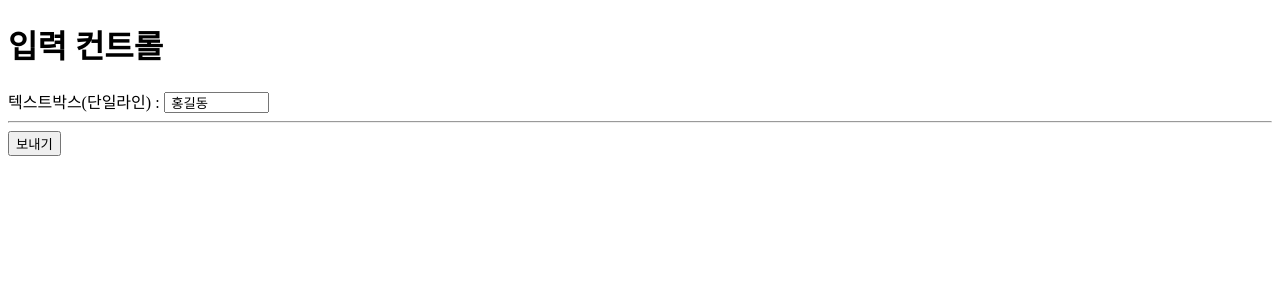
Repository: Hswwwww/WEB
Page: ClientTest/src/main/webapp/html/ex19_form.html
The author's editor kept a copy of each file at every save. The page is drawn from the files as they stood at one save, then again after the next save.
The browser window is 1280 px wide. The pictures show the whole page.

Above is the page before, as saved 2024-03-14 01:11:30.

After the next save:
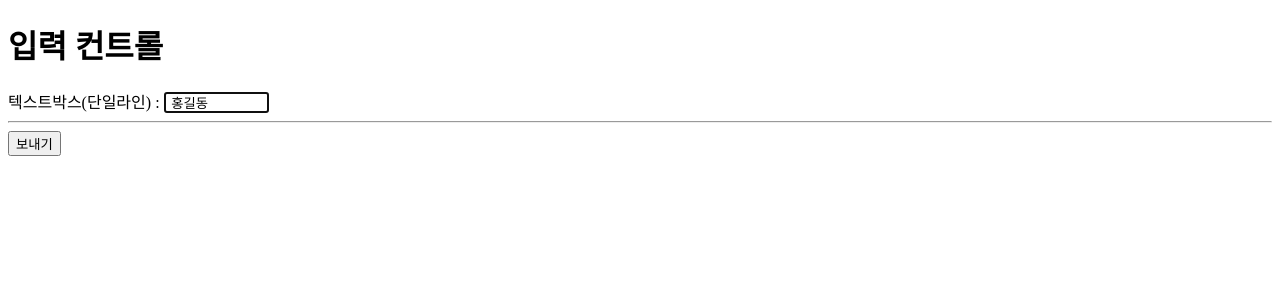
Saved 4 min 20 s later.
--- a/ClientTest/src/main/webapp/html/ex19_form.html
+++ b/ClientTest/src/main/webapp/html/ex19_form.html
@@ -22,8 +22,8 @@
 		- input.value : 컨트롤의 입력값
 		- input.readonly : 읽기 전용. 플래그형 + 입력 (x) + 서버 전송(o)
 		- input.disabled : 비활성화. 플래그형 + 입력 (x) + 서버 전송 (x)
-		- input.accesskey : 바로가기
-
+		- input.accesskey : 바로가기(니모닉) Alt + 키
+		- input.autofocus : 자동 포커스
 
 
 
@@ -36,7 +36,7 @@
 	<form action = "ex18.jsp">
 
 		텍스트박스(단일라인) : <input type = "text" name = "data" id = "txt1" class = "txt"
-					size = "10" maxlength = "5" value = " 홍길동" accesskey = "s" >
+					size = "10" maxlength = "5" value = " 홍길동" accesskey = "s" autofocus >
 
 		<hr>
 		<input type = "submit" value = "보내기">
